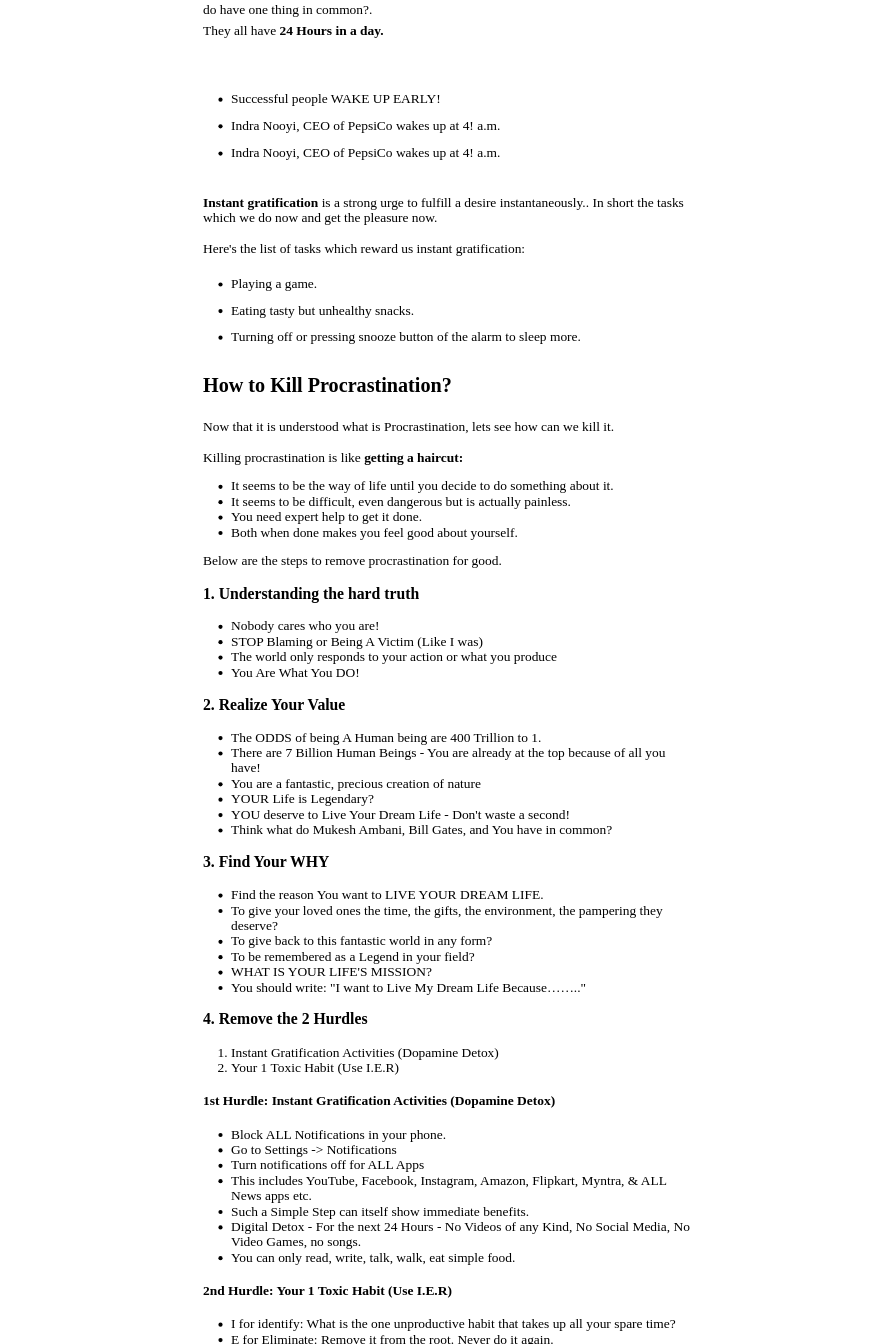
Repository: PuneetP16/Portfolio
Page: Wake Up At 5 AM Every Single Day Like Clockwork.html
The author's editor kept a copy of each file at every save. The page is drawn from the files as they stood at one save, then again after the next save.
The browser window is 1280 px wide. The pictures show the part of the page from y = 1018 to 2938 px (the page is 4020 px tall before and 4925 px after), at 70% of full size.
A picture or video elsewhere on the page could not be fetched, so the positions and the page height are approximate. Some web fonts or font styles are not loaded; a fallback is used.

Above is the page before, as saved 2021-12-10 02:42:10.

After the next save:
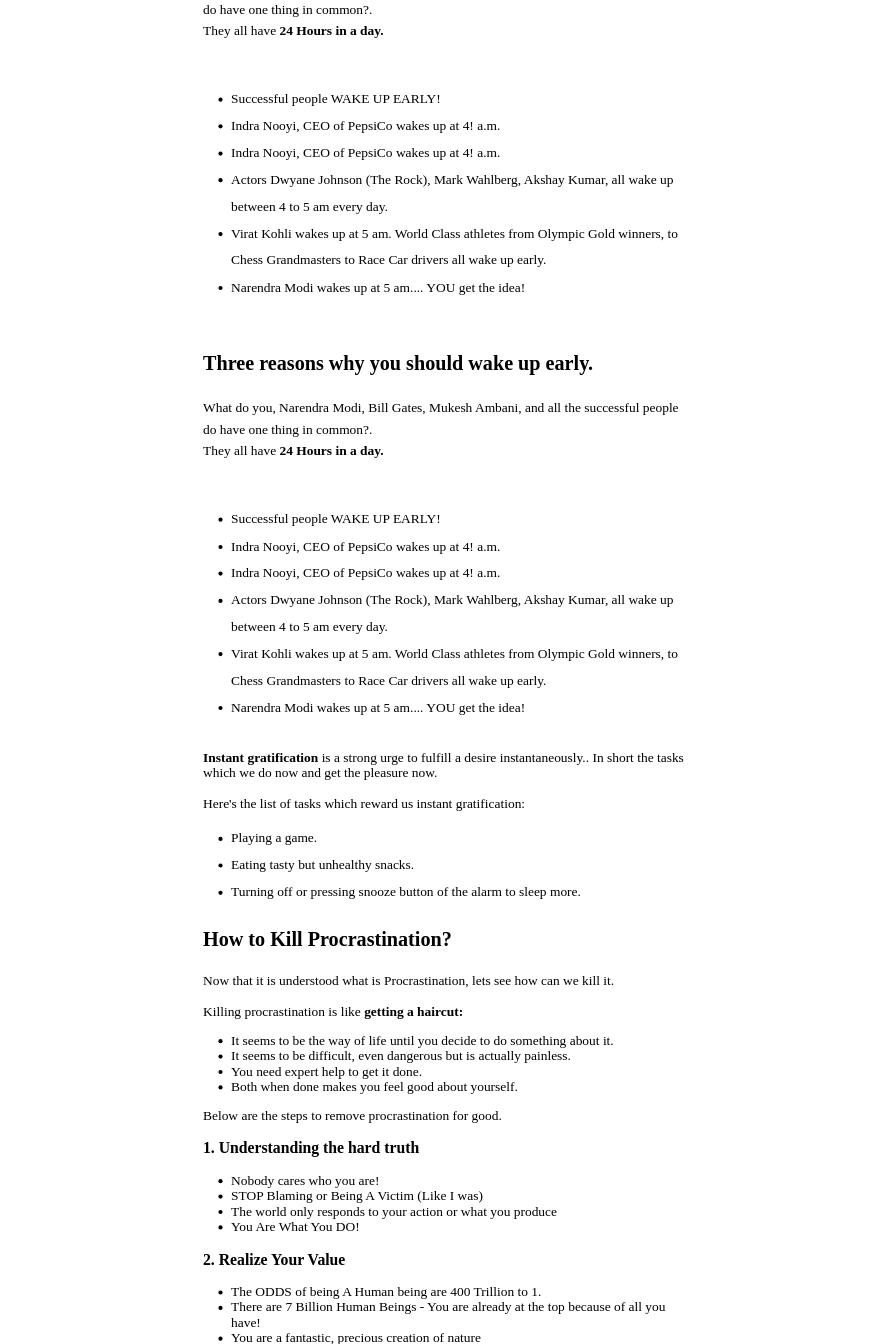
Saved 2 min 2 s later.
--- a/Wake Up At 5 AM Every Single Day Like Clockwork.html
+++ b/Wake Up At 5 AM Every Single Day Like Clockwork.html
@@ -32,8 +32,26 @@
         <li>Successful people WAKE UP EARLY!</li>
         <li>Indra Nooyi, CEO of PepsiCo wakes up at 4! a.m.</li>
         <li>Indra Nooyi, CEO of PepsiCo wakes up at 4! a.m. </li>
+         <li>Actors Dwyane Johnson (The Rock), Mark Wahlberg, Akshay Kumar, all wake up between 4 to 5 am every day.</li>
+         <li>Virat Kohli wakes up at 5 am. World Class athletes from Olympic Gold winners, to Chess Grandmasters to Race Car drivers all wake up early.</li>
+         <li>Narendra Modi wakes up at 5 am.... YOU get the idea!</li>
       </ul>
       <br>
+
+      <h2 class="blog-h2">Three reasons why you should wake up early.</h2>
+      <p class="blog-paragraph">
+        What do you, Narendra Modi, Bill Gates, Mukesh Ambani, and all the successful people do have one thing in common?.
+       <br> They all have <strong>24 Hours in a day.</strong><br> <br>
+        <ul style="line-height: 2">
+          <li>Successful people WAKE UP EARLY!</li>
+          <li>Indra Nooyi, CEO of PepsiCo wakes up at 4! a.m.</li>
+          <li>Indra Nooyi, CEO of PepsiCo wakes up at 4! a.m. </li>
+           <li>Actors Dwyane Johnson (The Rock), Mark Wahlberg, Akshay Kumar, all wake up between 4 to 5 am every day.</li>
+           <li>Virat Kohli wakes up at 5 am. World Class athletes from Olympic Gold winners, to Chess Grandmasters to Race Car drivers all wake up early.</li>
+           <li>Narendra Modi wakes up at 5 am.... YOU get the idea!</li>
+        </ul>
+        <br>
+
       <strong>Instant gratification</strong> is a strong urge to fulfill a desire instantaneously.. In short the tasks which we do now and get the pleasure now. <br><br>
         Here's the list of tasks which reward us instant gratification:
       <ul style="line-height: 2">
